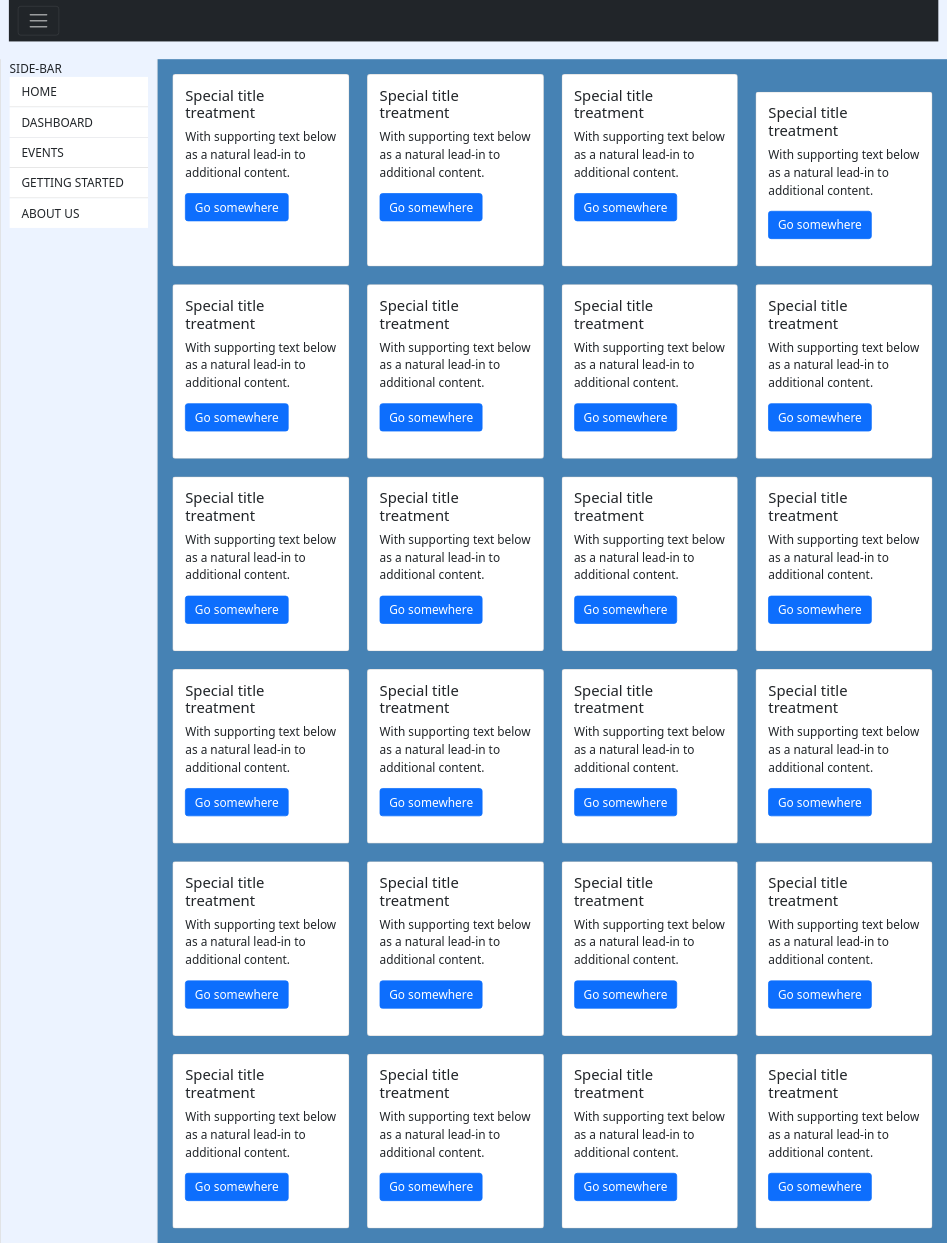
Repository: Dayvid0/BOOTSTRAP-TUTORIALS
Page: cosmos.example.html
These files come from the project's save history. The page is drawn as it stood at one moment and after the next save; the edit follows.
The browser window is 1280 px wide. The pictures show the whole page, at 74% of full size.
An inner scrolling area shows only its first screen.

Above is the page before, as saved 2025-01-29 10:18:49.

After the next save:
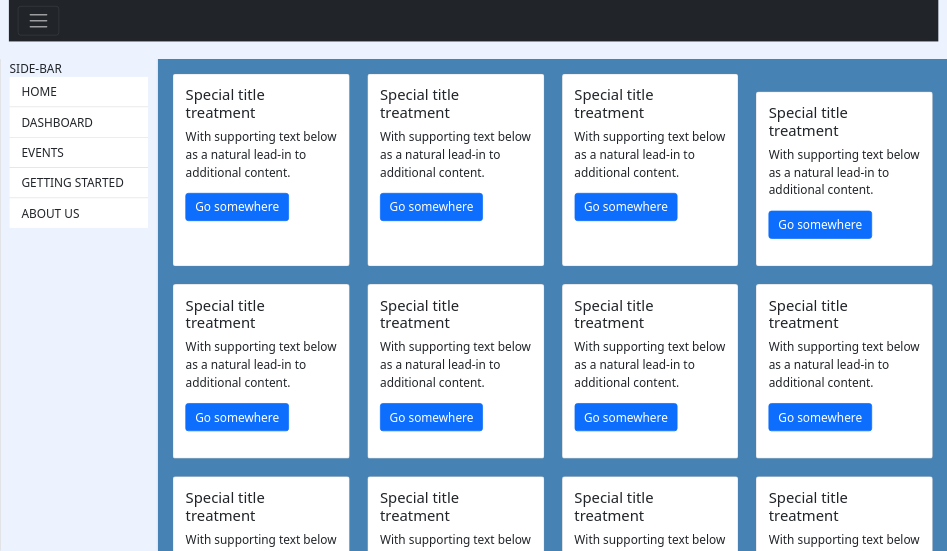
Saved 2 min 14 s later.
--- a/cosmos.example.html
+++ b/cosmos.example.html
@@ -17,7 +17,9 @@
         background-color: #4682b4;
         padding: 20px;
         min-height: 600px;
-        overflow: scroll;
+        height: calc(100vh - 56px); /* Subtract navbar height */
+        overflow-y: auto;
+        overflow-x: hidden;
       }
       .sidebar {
         min-height: 600px;
